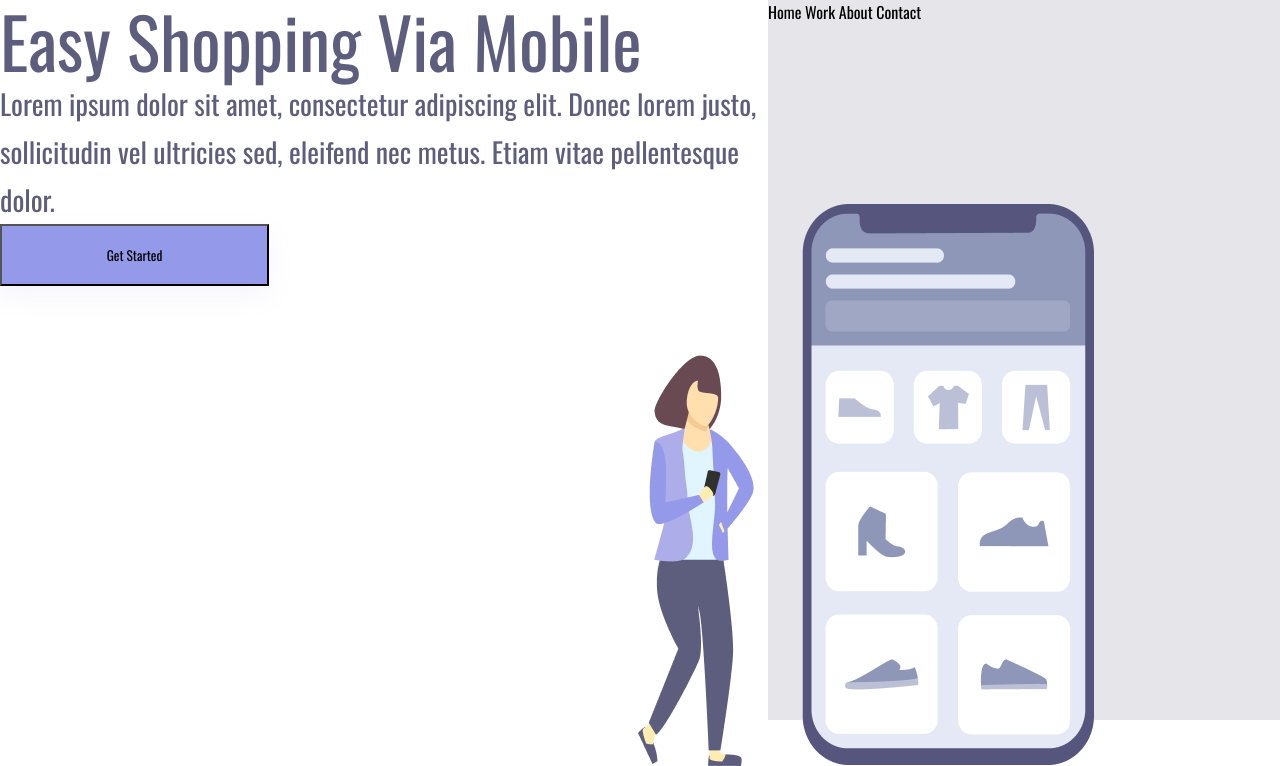
Repository: Leo-Marques-882/Projeto-Git-2
Page: index.html
These files come from the project's save history. The page is drawn as it stood at one moment and after the next save; the edit follows.
The browser window is 1280 px wide. The pictures show the whole page.

Above is the page before, as saved 2023-03-06 23:07:35.

After the next save:
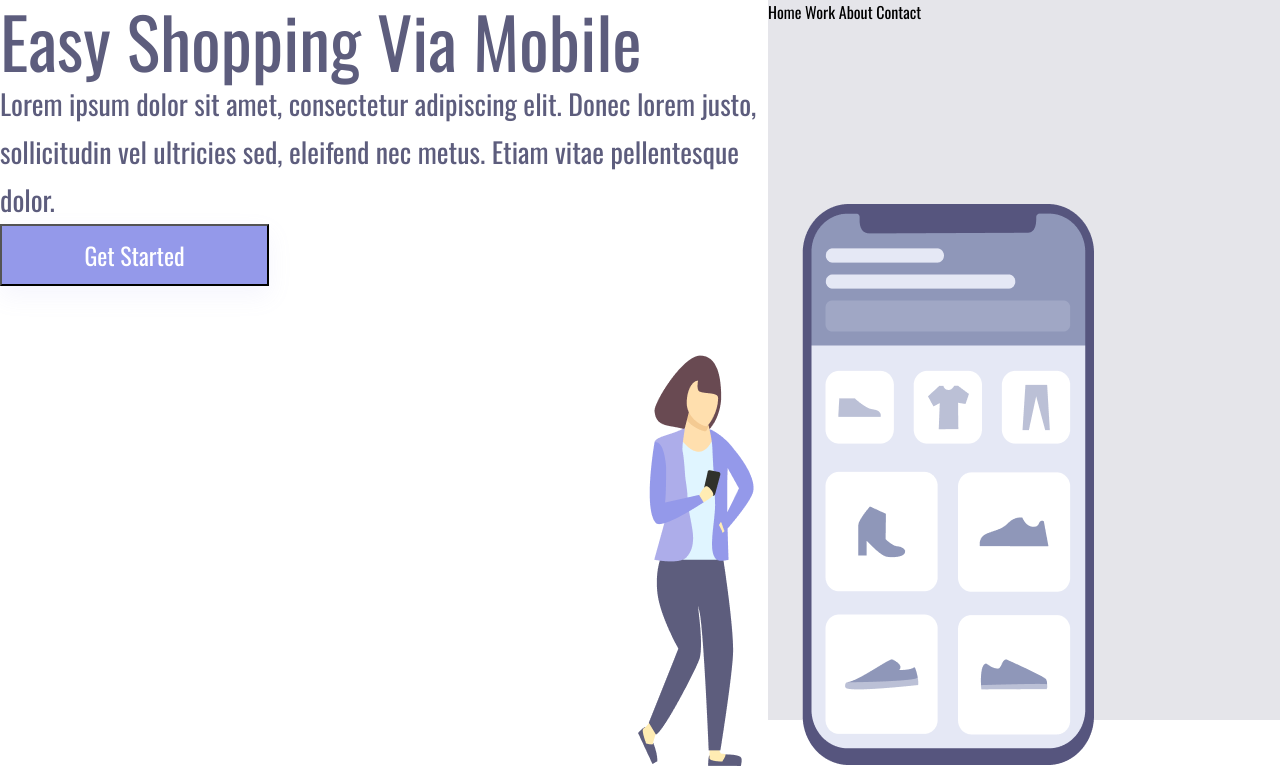
Saved 110 s later.
--- a/styless.css
+++ b/styless.css
@@ -35,6 +35,11 @@
     height: 62px;
     background: #9499EA;
     box-shadow: 0px 10px 24px rgba(148, 153, 234, 0.0979959);
+    font-weight: 400;
+    font-size: 24px;
+    line-height: 36px;
+    text-align: center;
+    color: #FFFFFF;
 }
 
 .container-right {
